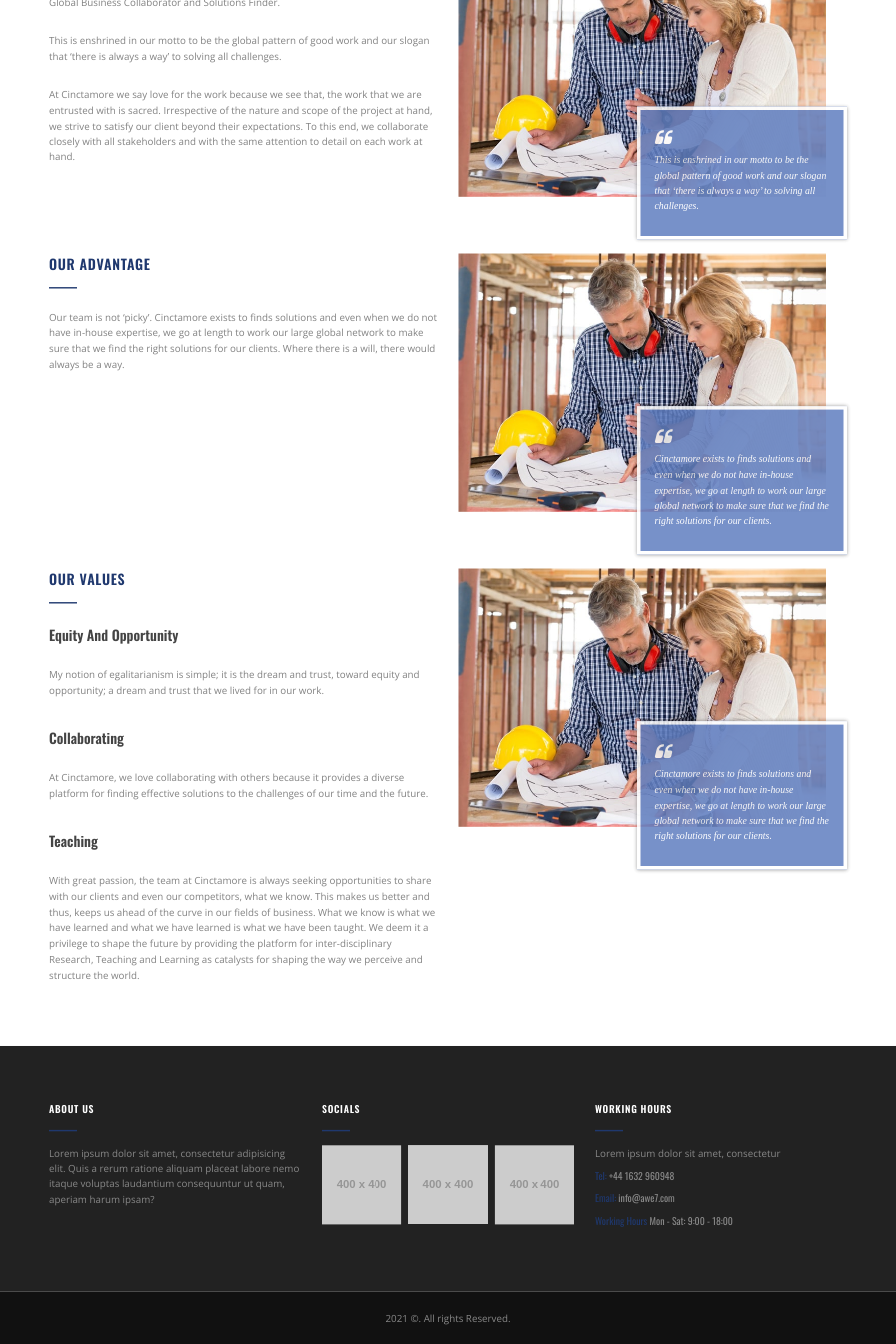
Repository: techieaccl/techieaccl.github.io
Page: about-us.html
The author's editor kept a copy of each file at every save. The page is drawn from the files as they stood at one save, then again after the next save.
The browser window is 1280 px wide. The pictures show the part of the page from y = 1373 to 3293 px (the page is 3293 px tall), at 70% of full size.
Some web fonts or font styles are not loaded; a fallback is used.

Above is the page before, as saved 2021-09-09 14:45:26.

After the next save:
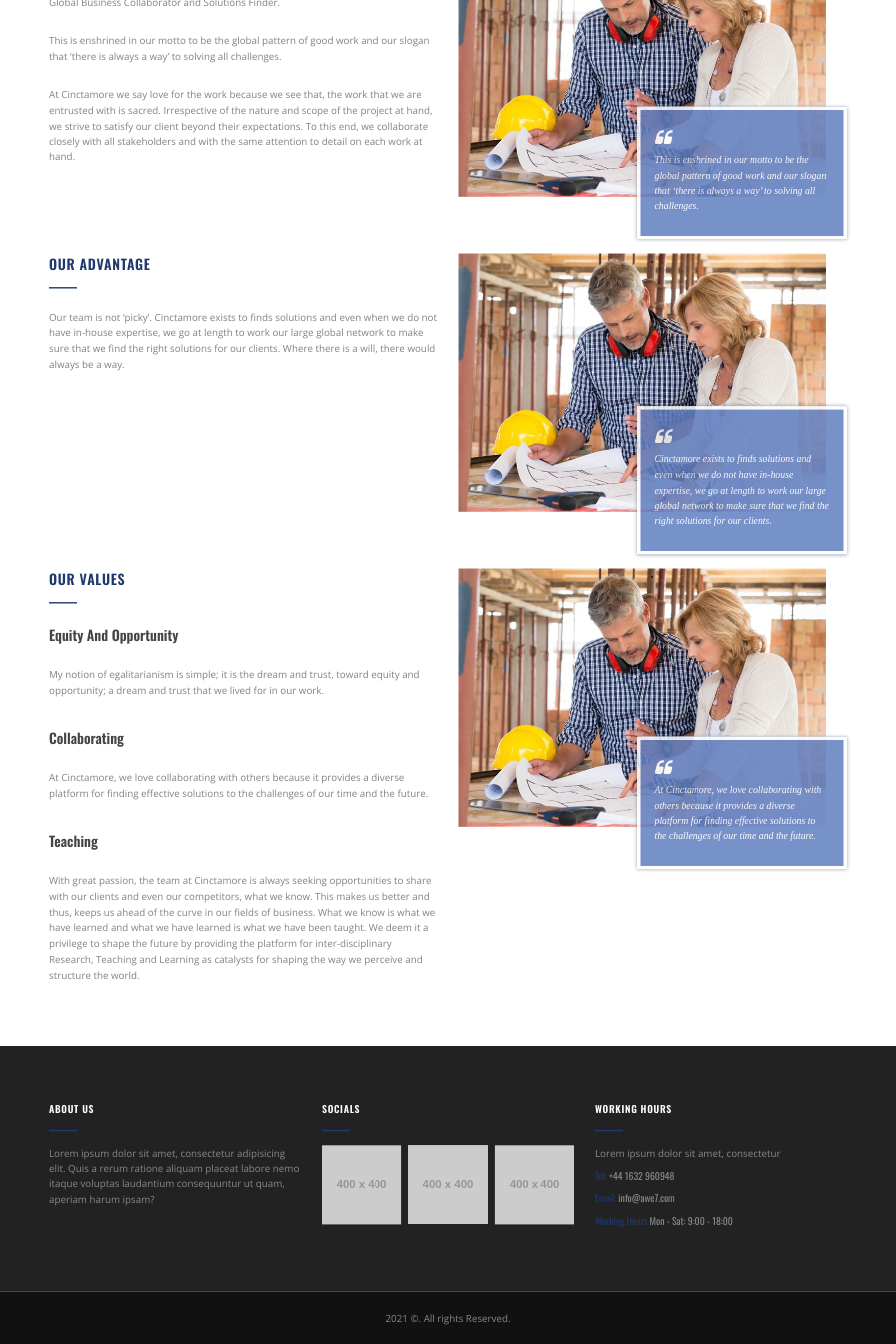
Saved 2 min 36 s later.
--- a/about-us.html
+++ b/about-us.html
@@ -222,8 +222,8 @@
 
 									<!-- quote-02 -->
 									<blockquote class="quote-02 about-quote">
-										<p class="quote-02__text">Cinctamore exists to finds solutions and even when we do not have in-house expertise,
-										we go at length to work our large global network to make sure that we find the right solutions for our clients.</p>
+										<p class="quote-02__text">At Cinctamore, we love collaborating with others because it
+											provides a diverse platform for finding effective solutions to the challenges of our time and the future.</p>
 
 									</blockquote><!-- End / quote-02 -->
 
